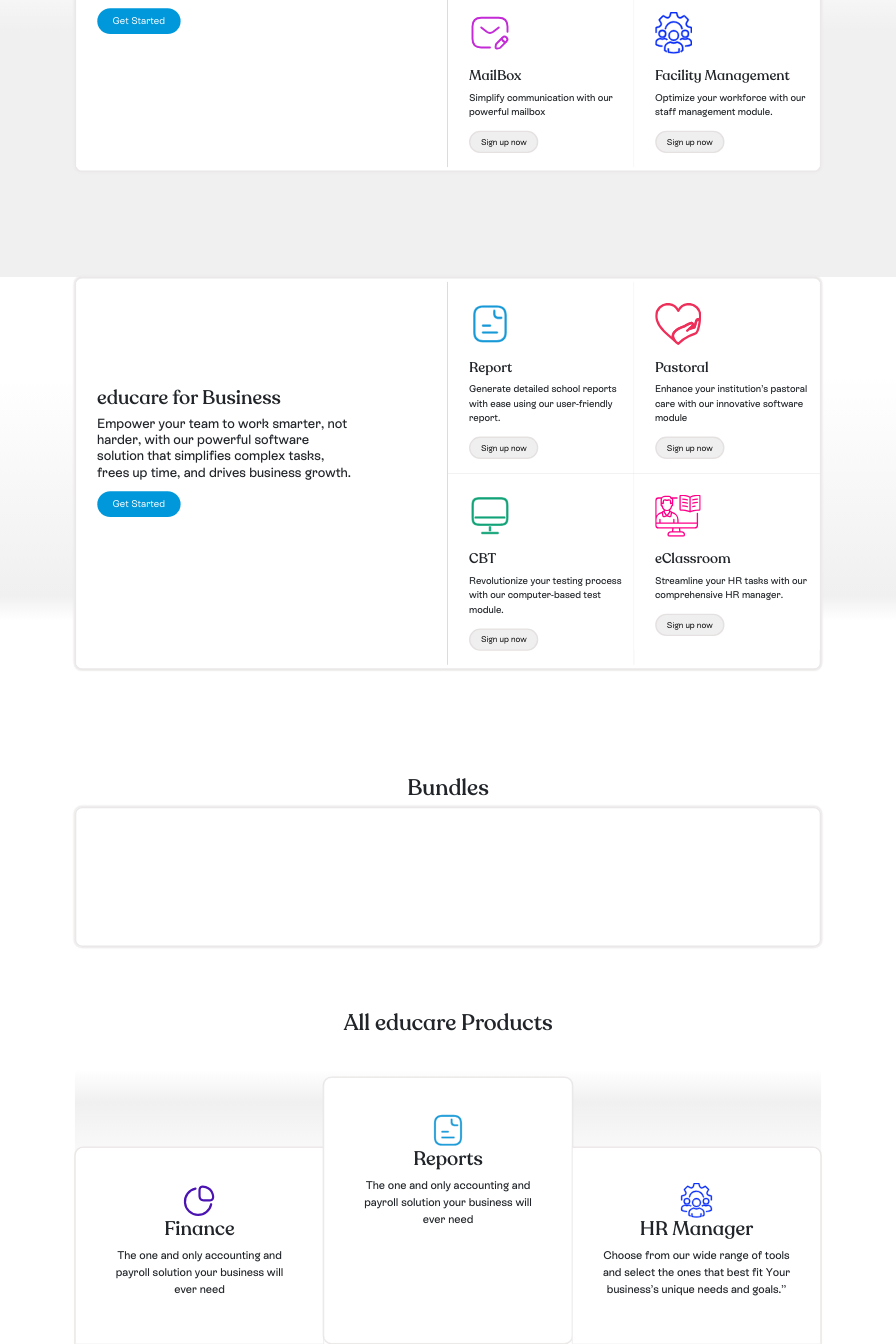
Repository: sarahnnanyelugo/educare-web
Page: /
These files come from the project's save history. The page is drawn as it stood at one moment and after the next save; the edit follows.
The browser window is 1280 px wide. The pictures show the part of the page from y = 1494 to 3414 px (the page is 3414 px tall), at 70% of full size.
The project was rebuilt for these pictures with package versions that can differ from the ones it lists, and the page was loaded fresh each time.

Above is the page before, as saved 2023-04-05 10:45:12.

After the next save:
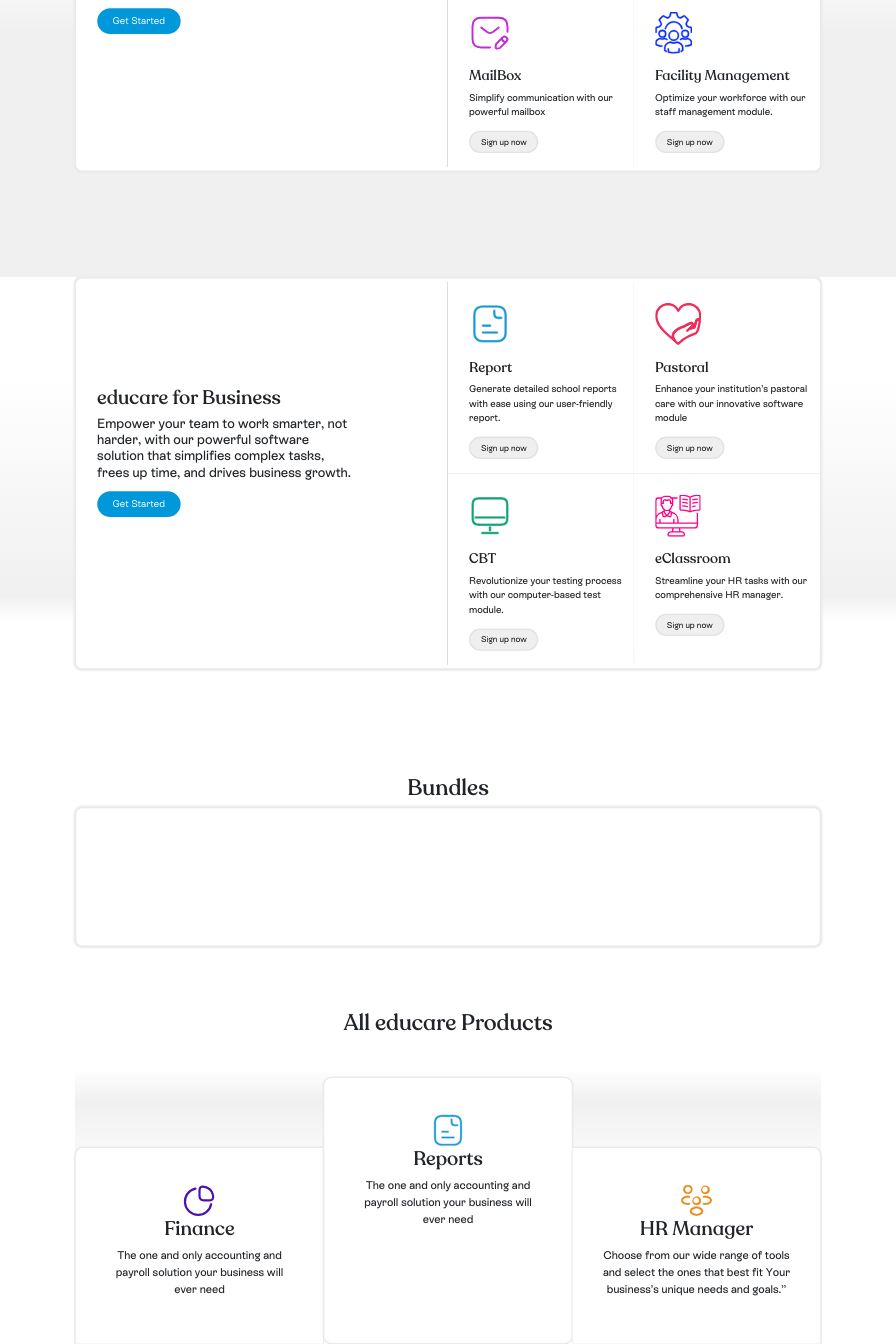
Saved 8 s later.
--- a/src/pages/Home/Home.tsx
+++ b/src/pages/Home/Home.tsx
@@ -203,7 +203,7 @@ export const Home = () => {
             <EducareProducts
               productName="HR Manager"
               productDetail="Choose from our wide range of tools and select the ones that best fit Your business’s unique needs and goals.”"
-              productIcon={People}
+              productIcon={People2}
             />
           </div>
         </div>
